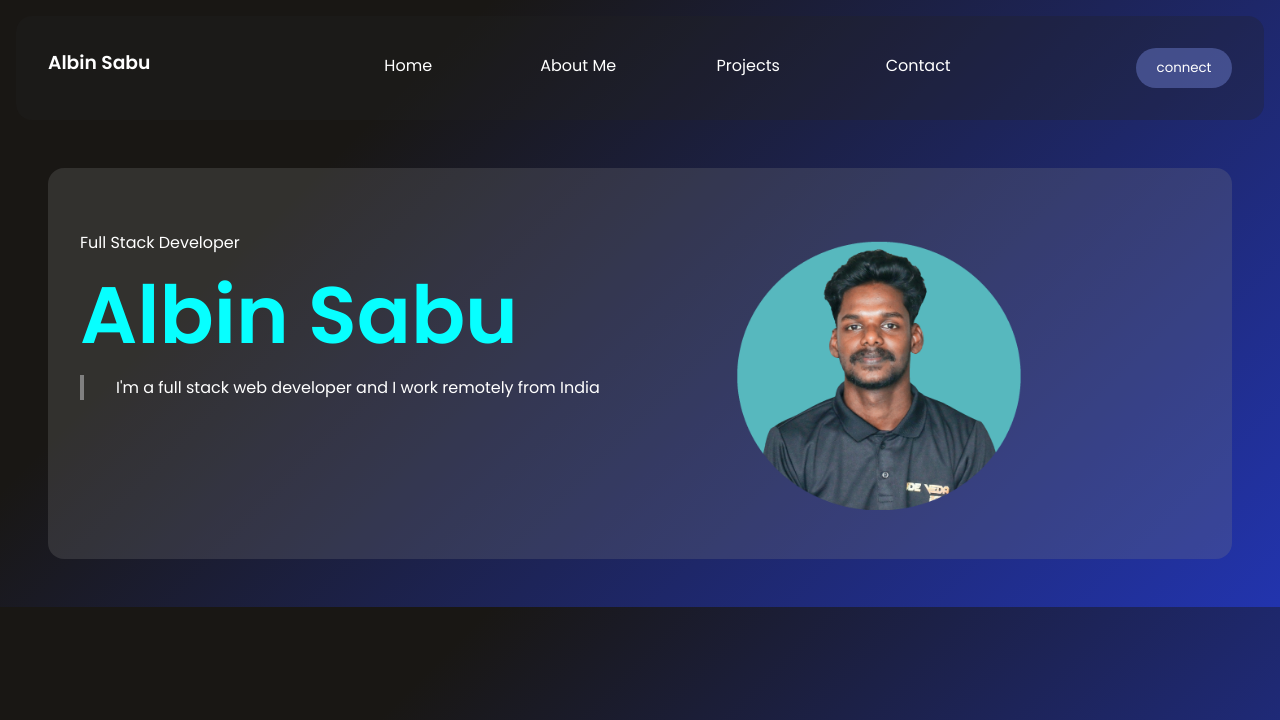
Repository: albinsabu2023/personalwebsite
Page: index.html
An editor plug-in stored every save of this project. The page is shown before and after the next save, followed by the edit.
The browser window is 1280 px wide. The pictures show the whole page.

Above is the page before, as saved 2023-09-02 17:31:09.

After the next save:
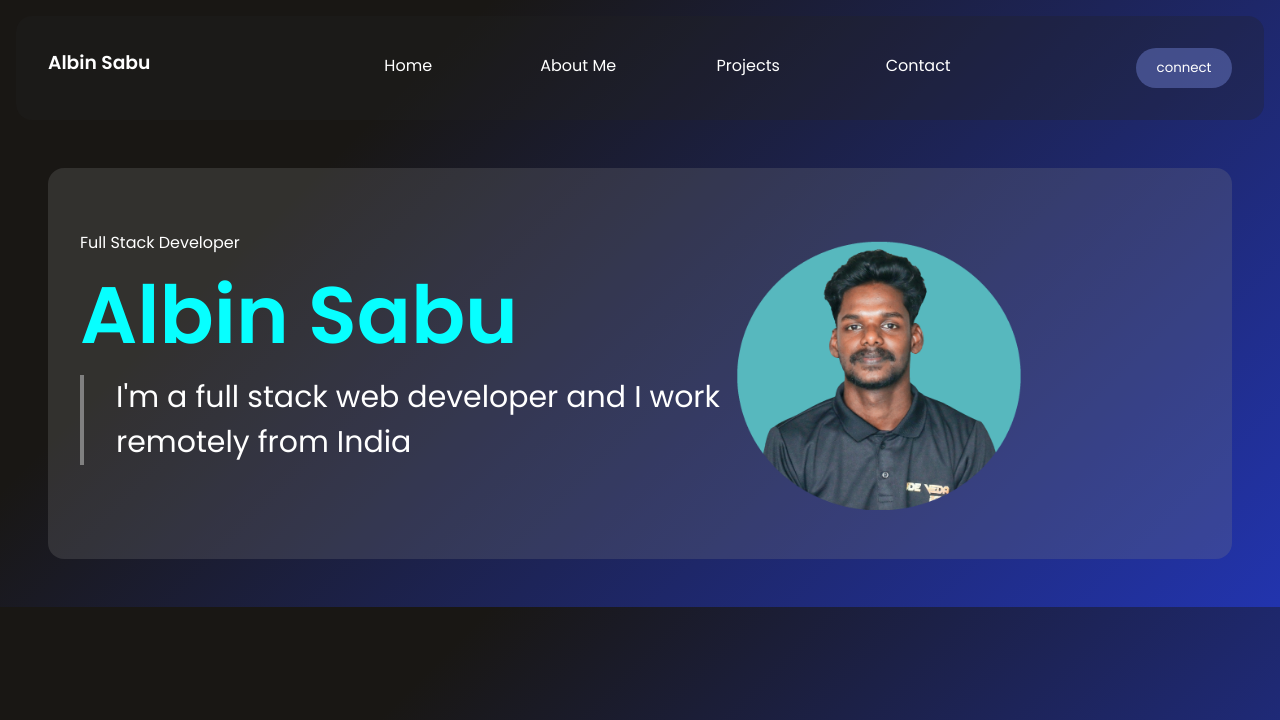
Saved 26 s later.
--- a/style.css
+++ b/style.css
@@ -100,7 +100,7 @@ nav ul li a{
     gap: 2rem;
 
 }
-.profile__detail__p2{
+.profile__detail p{
     font-size: 30px;
 }
 .profile__img{
